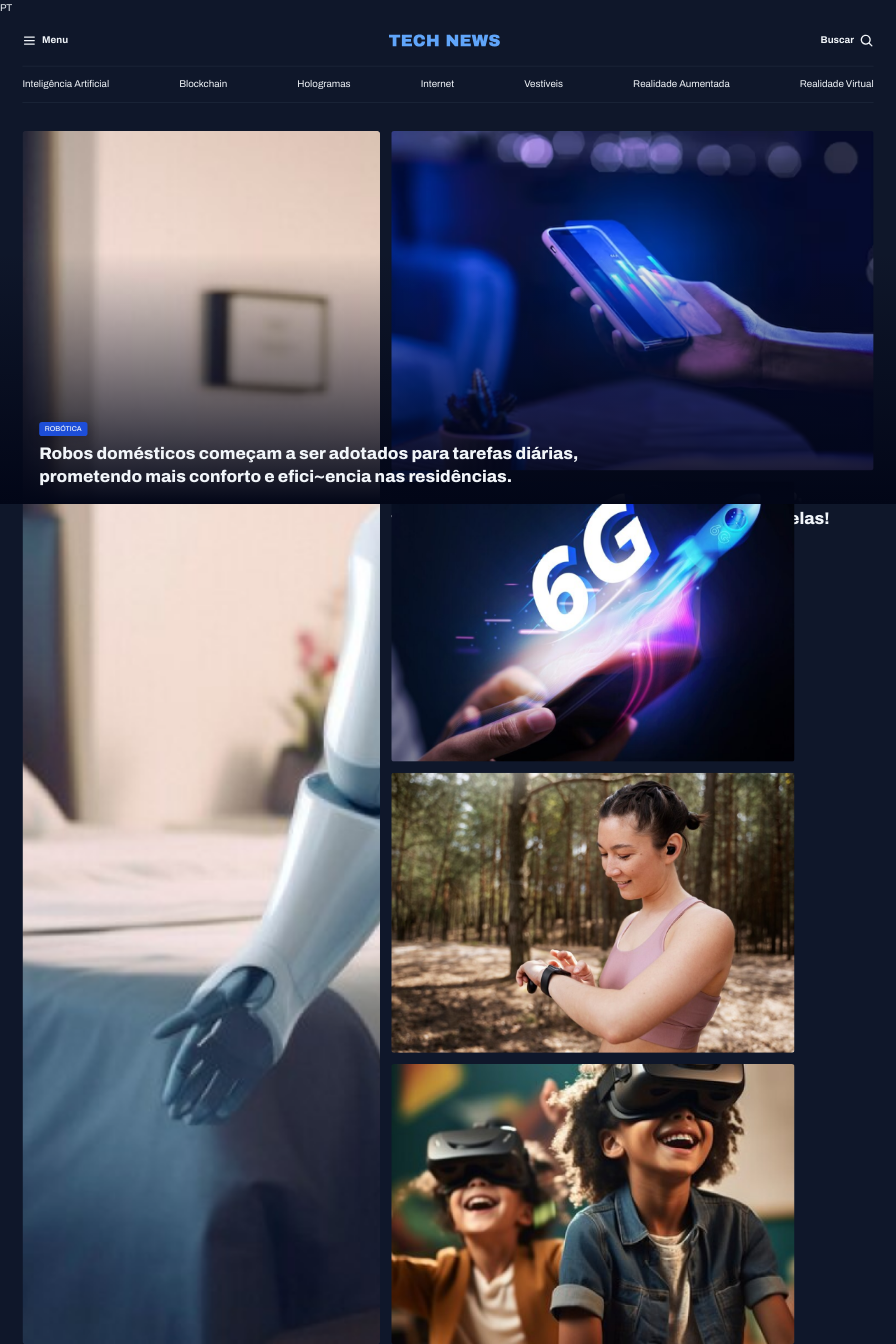
Repository: JeffRodFer/portalDeNoticias
Page: index.html
These files come from the project's save history. The page is drawn as it stood at one moment and after a run of saves; the edit follows.
The browser window is 1280 px wide. The pictures show the whole page, at 70% of full size.

Above is the page before, as saved 2025-04-15 21:54:03.

### index.html
PT<!DOCTYPE html>
<html lang="pt-BR">
  <head>
    <link rel="preconnect" href="https://fonts.googleapis.com">
  <link rel="preconnect" href="https://fonts.gstatic.com" crossorigin>
  <meta charset="UTF-8">
  <meta name="viewport" content="width=device-width, initial-scale=1.0">
  <title>Portal de Notícias</title>
  <link rel="stylesheet" href="styles/index.css">

  <link href="https://fonts.googleapis.com/css2?family=Archivo:ital,wght@0,100..900;1,100..900&family=Bree+Serif&family=Poppins:wght@400;700&display=swap" rel="stylesheet">

</head>
<body>
  <header class="container">
    <nav id="primary" class="grid grid-flow-col">
      <div>
        <img src="assets/icons/List.svg" alt="ícone de menu">
        <strong>Menu</strong>
      </div>
        <div>
          <img src="assets/Logo (1).svg" alt="TechNews logo">
        </div>
        <div>
          <strong>Buscar</strong>
          <img src="assets/icons/MagnifyingGlass.svg" alt="ícone de lupa para pesquisa">
        </div>
    </nav>
    <nav id="secondary" class="grid grid-flow-col">
      <a href="#">Inteligência Artificial</a>
      <a href="#">Blockchain</a>
      <a href="#">Hologramas</a>
      <a href="#">Internet</a>
      <a href="#">Vestíveis</a>
      <a href="#">Realidade Aumentada</a>
      <a href="#">Realidade Virtual</a>
    </nav>
  </header>
  <main class="grid container">
    <section id="featured" class="grid grid-flow-col gap-16">
      <figure class="card">
        <img src="assets/images/Image 01.png" alt="">

        <figcaption>
          <span class="content-tag">robótica</span>
          <h2 class="text-2xl">
            Robos domésticos começam a ser adotados para tarefas diárias, <br> prometendo mais conforto e efici~encia nas residências.
          </h2>
        </figcaption>
      </figure>
      <div class="grid grid cols-2 gap-16">
        <figure>
          <img src="assets/images/Image 02.png" alt="Novo Smartphone Projetor 3D chega ao mercado, transformando a forma como vemos as nossas telas!">

          <figcaption>
            <span class="content-tag">robótia</span>
            <h2 class="text-2xl">
              Novo Smartphone Projetor 3D chega ao mercado, transformando a forma como vemos as nossas telas!
            </h2>
          </figcaption>
        </figure>
        <figure>
          <img src="assets/images/Image 03.png" alt="">
      </figure>
        <figure>
          <img src="assets/images/Image 04.png" alt="">
        </figure>
        <figure>
          <img src="assets/images/Image 05.png" alt="">
        </figure>
      </div>
    </section>
  </main>
</body>
</html>

### styles/global.css
* {
  margin: 0;
  padding: 0;
  box-sizing: border-box;
}

:root {
  --brand-color-light: #60a5fa ;
  --brand-color-dark: #1d4ed8;
  --bg-color: #0f172a;
  --stroke-color: #1e293b;
  --text-color-primary: #f1f5f9;
  --text-color-secondary: #cbd5e1;

  --font-family: 'Archivo', sans-serif;
  --h1: 800 24px/135% var(--font-family);
  --h2: 800 16px/140% var(--font-family);
  --h3: 800 14px/140% var(--font-family);
  --text-span: 400 16px/140% var(--font-family);
  --text: 400 14px/160% var(--font-family);

}

body {
  font: var(--text);
  color: var(--text-color-primary);
  background-color: var(--bg-color);
}

a {
  text-decoration: none;
  color: inherit;
}

a:hover {
  color: var(--brand-color-light);
}

h1,h2,h3 {
  font:inherit;
}

img {
  max-width: 100%;
}

.container {
  max-width: 1280px;
  padding-inline: 32px;
  margin-inline: auto;
}
main {
  margin-top: 40px ;
}
.content-tag {
  display: inline-block;
  background-color: var(--brand-color-dark);
  padding: 4px 8px;
  border-radius: 4px;
  font: 500 10px/1.2 var(--font-family);
  text-transform: uppercase;
  color: var(--text-color-primary);
  box-shadow: 0px 4px 16px rgba(2, 3, 23, 0.251);
}

### styles/utility.css
/* utility-first */
.grid {
  display: grid;
}
.grid-flow-col {
  grid-auto-flow: column;
}

.grid-cols-2 {
  grid-template-columns: 1fr 1fr;
}

.gap-16 {
  gap: 16px;
}

.text-2xl {
  font: var(--h1);
}
.text-2x {
  font: var(--h2);
}
.text-lg {
  font: var(--h3);
}
.text-sm {
  font: var(--text-sm);
}

### styles/header.css
#primary {
  padding-block: 20px;

  div {
    display: flex;
    align-items: center;
    gap: 8px;
  }

  /* nesting css */
  div:nth-child(2) {
    margin-inline: auto;
}
div:nth-child(3) {
  justify-self: end;
}
}
#secondary {
  padding-block: 14px;
  border: solid 1px var(--stroke-color);
  border-inline: none;
  justify-content: space-between;
}

### styles/sections.css
#featured {
  img {
    height: 100%;
    object-fit: cover;
    border-radius: 4px;
  }
.card {
  border-radius: 4px;
  overflow: hidden;
  object-fit: relative;

  &::before {
   content: "";
   position: absolute;
   inset: 0;
   top: 50%;
   background: linear-gradient(
    180deg,
    transparent 0%,
    #020617 100%
   );
  }
  figcaption {
    position: absolute;
    bottom: 0;

    padding: 24px;

    h2 {
      margin-top: 8px;
    }
  }
}
}

Loaded but not shown: styles/index.css (common file)

After the next 2 saves:
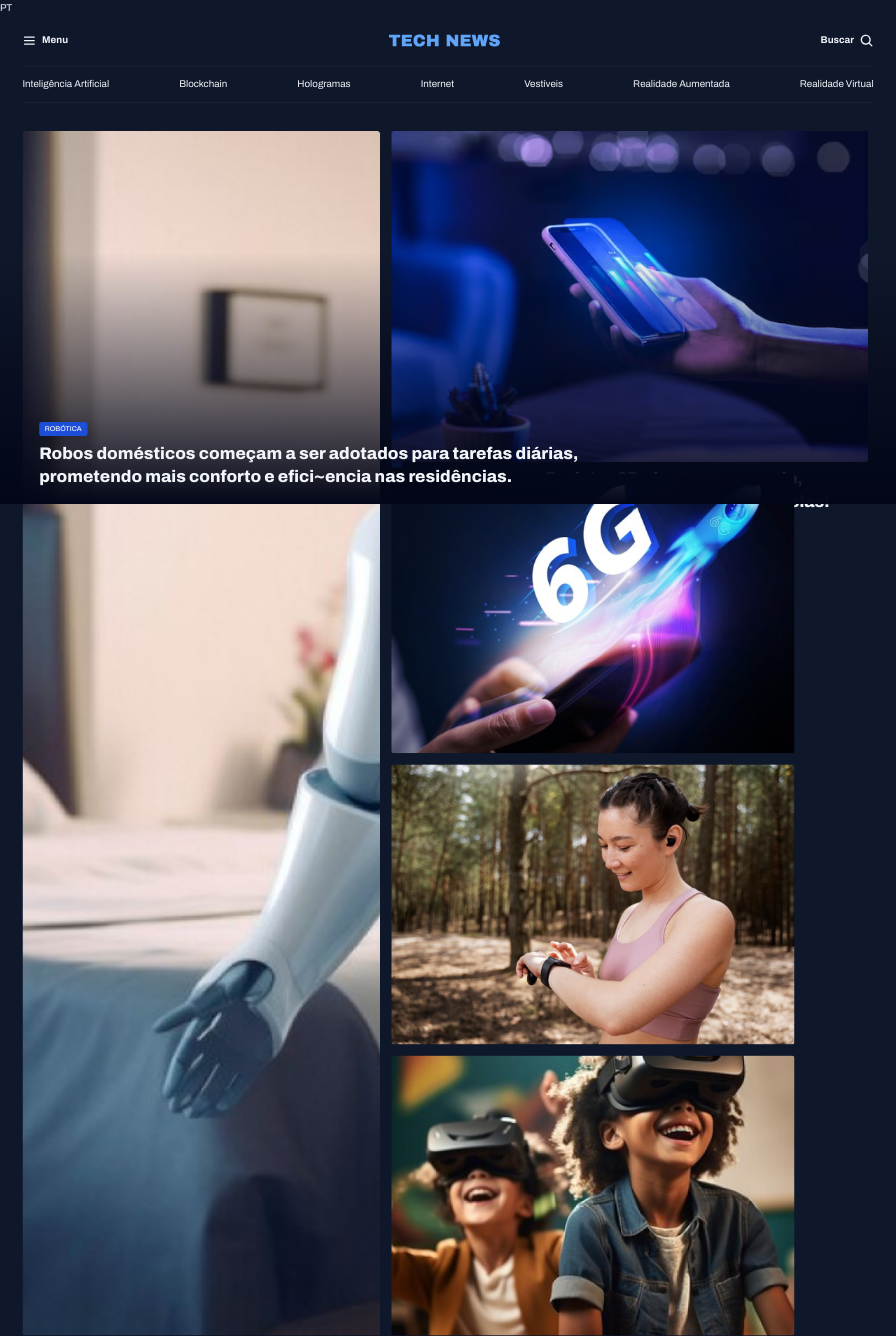
The 2 saves are shown as one change because they came seconds apart.
The last was saved 8 s later.
--- a/index.html
+++ b/index.html
@@ -53,7 +53,7 @@ PT<!DOCTYPE html>
           <img src="assets/images/Image 02.png" alt="Novo Smartphone Projetor 3D chega ao mercado, transformando a forma como vemos as nossas telas!">
 
           <figcaption>
-            <span class="content-tag">robótia</span>
+            <span class="content-tag"></span>
             <h2 class="text-2xl">
               Novo Smartphone Projetor 3D chega ao mercado, transformando a forma como vemos as nossas telas!
             </h2>
